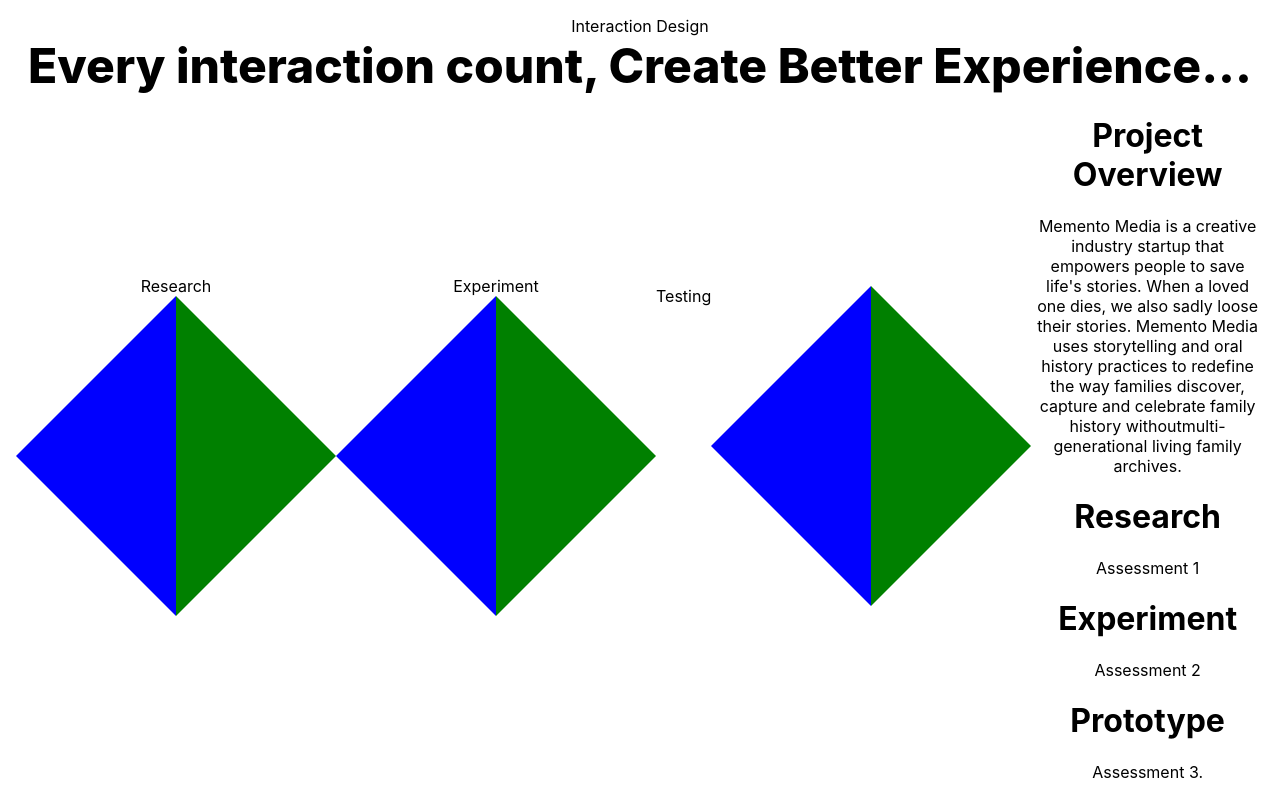
Repository: YingCG/interaction-design
Page: /
An editor plug-in stored every save of this project. The page is shown before and after the next save, followed by the edit.
The browser window is 1280 px wide. The pictures show the whole page.
The project was rebuilt for these pictures with package versions that can differ from the ones it lists, and the page was loaded fresh each time.

Above is the page before, as saved 2023-09-07 16:29:38.

After the next save:
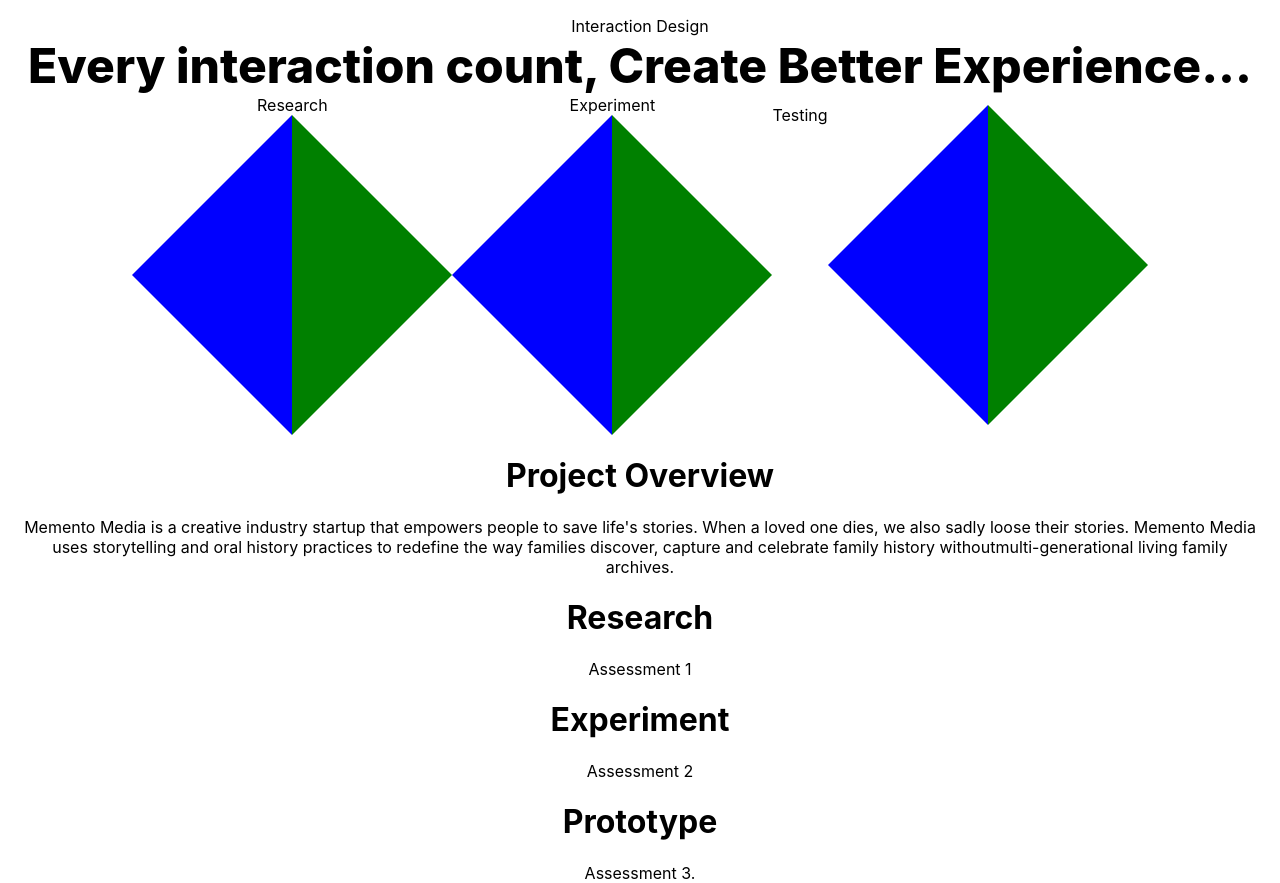
Saved 48 s later.
--- a/src/TripleDiamond.jsx
+++ b/src/TripleDiamond.jsx
@@ -42,11 +42,11 @@ function TripleDiamond() {
             <div className="arrow-right"></div>
           </div>
         </div>
-        <div className="information">
-          {contents.map((info, index) => (
-            <ProjectOverview key={index} {...info} />
-          ))}
-        </div>
+      </div>
+      <div className="information">
+        {contents.map((info, index) => (
+          <ProjectOverview key={index} {...info} />
+        ))}
       </div>
     </>
   );
